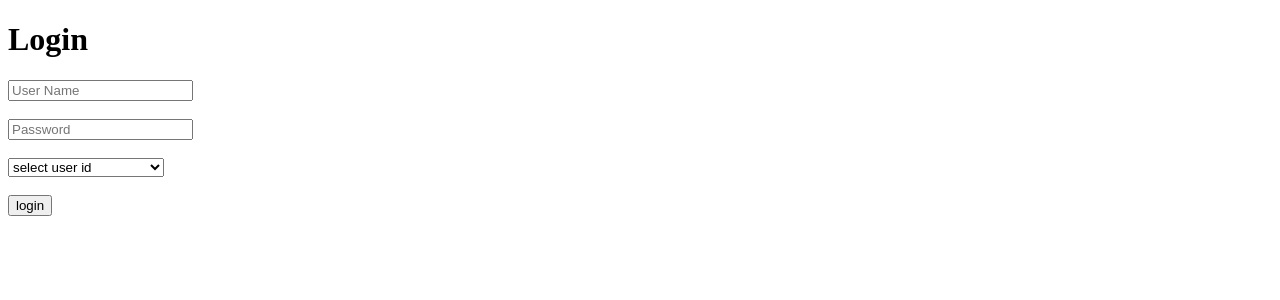
Repository: Jobinte/KSEB-PROJECT
Page: KSEB-complaint-management/WebContent/index.html
An editor plug-in stored every save of this project. The page is shown before and after the next save, followed by the edit.
The browser window is 1280 px wide. The pictures show the whole page.

Above is the page before, as saved 2023-11-20 07:17:11.

After the next save:
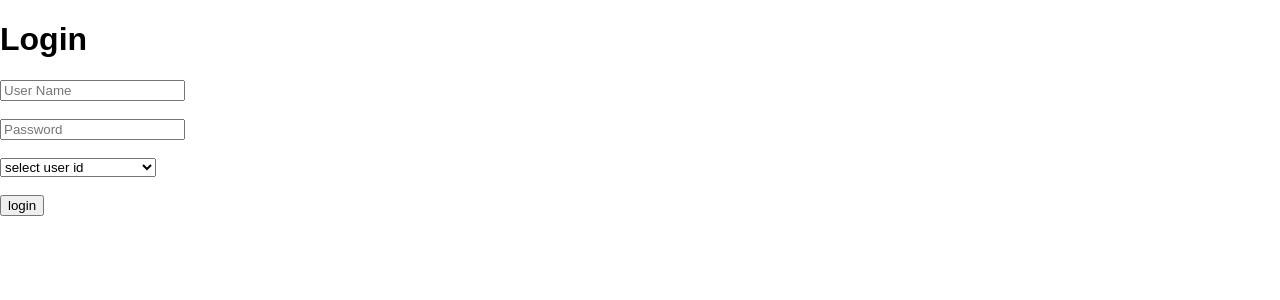
Not found: KSEB-complaint-management/WebContent/css/im8.jpg
Saved 19 s later.
--- a/KSEB-complaint-management/WebContent/index.html
+++ b/KSEB-complaint-management/WebContent/index.html
@@ -2,7 +2,12 @@
 <html>
 <head>
 <meta charset="ISO-8859-1">
-<title>Insert title here</title>
+<title>login</title>
+
+<link href="css/style.css" rel="stylesheet" type="text/css" />
+
+
+
 </head>
 <body>
 <div class="login">
